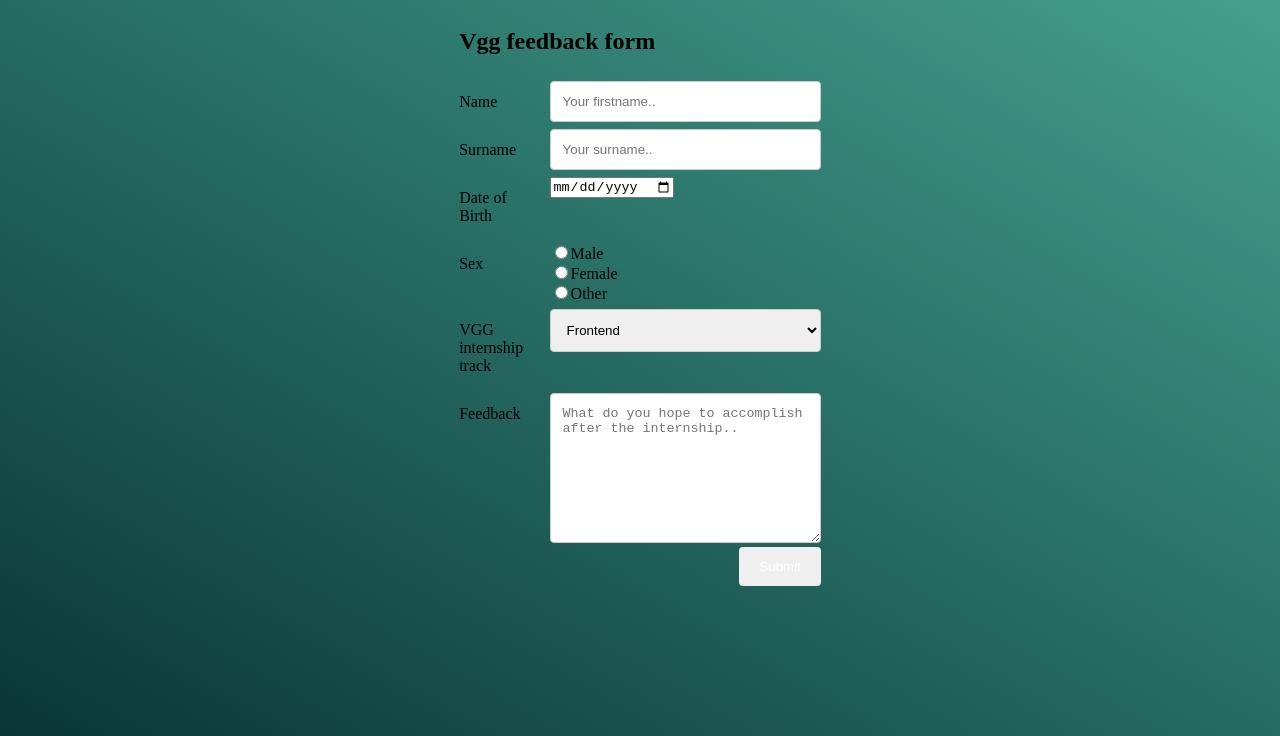
Repository: iphyokafor/VGG-Feedback-form
Page: index2.html
The author's editor kept a copy of each file at every save. The page is drawn from the files as they stood at one save, then again after the next save.
The browser window is 1280 px wide. The pictures show the whole page.

Above is the page before, as saved 2020-01-13 00:29:55.

After the next save:
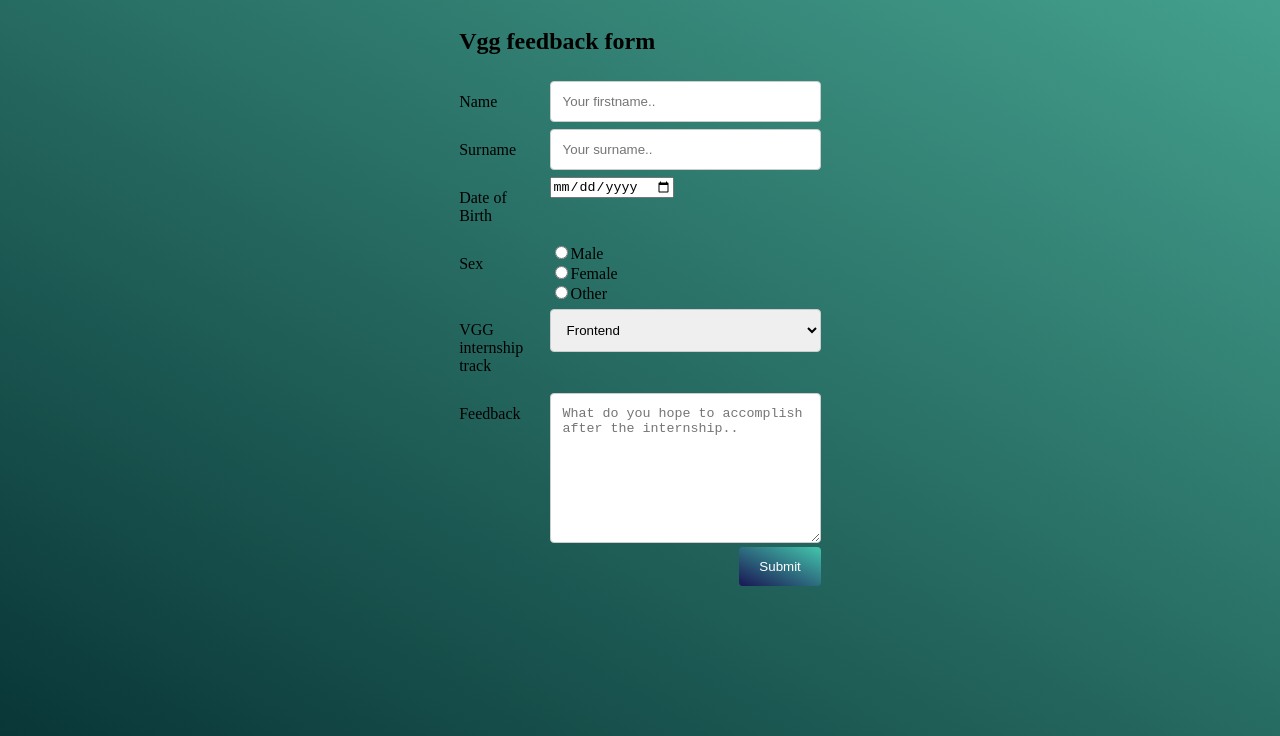
Saved 103 s later.
--- a/main.css
+++ b/main.css
@@ -32,7 +32,7 @@ label {
 /* Style the submit button */
 
 .btn {
-    background-color: linear-gradient(to right top, #191654, #43C6AC);
+    background: linear-gradient(to right top, #191654, #43C6AC);
     color: white;
     padding: 12px 20px;
     border: none;

After the save that followed:
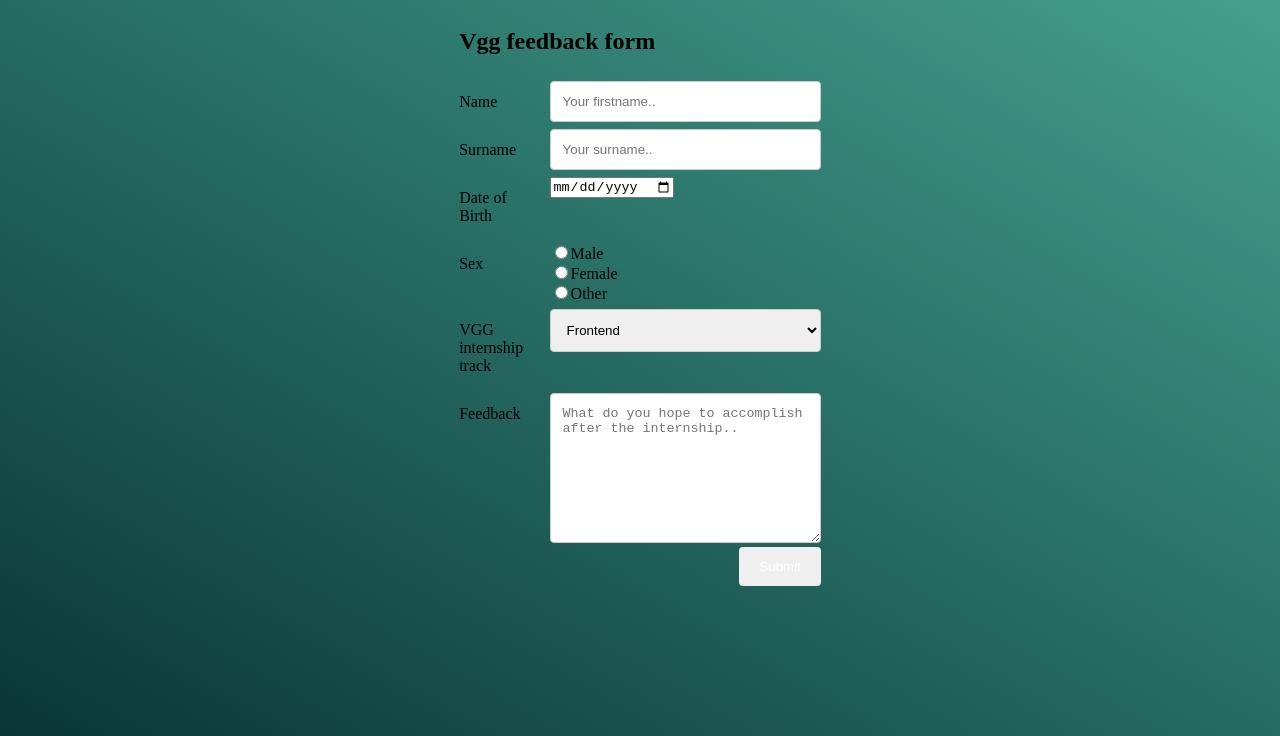
Saved 49 s later.
--- a/main.css
+++ b/main.css
@@ -32,7 +32,7 @@ label {
 /* Style the submit button */
 
 .btn {
-    background: linear-gradient(to right top, #191654, #43C6AC);
+    background: linear-gradient(to right top, #191654);
     color: white;
     padding: 12px 20px;
     border: none;
